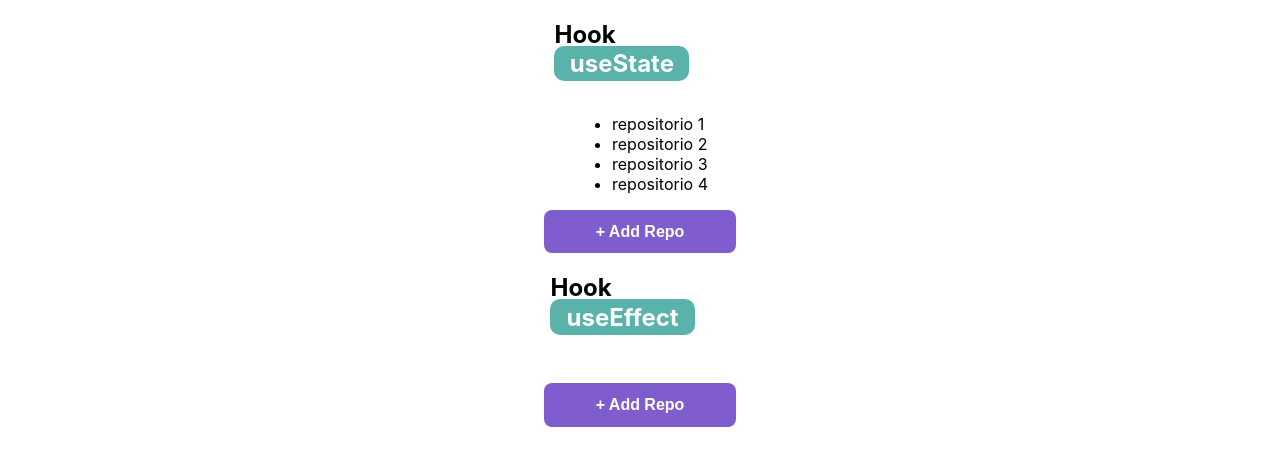
Repository: thiagolucio/react-hooks-use
Page: /
The author's editor kept a copy of each file at every save. The page is drawn from the files as they stood at one save, then again after the next save.
The browser window is 1280 px wide. The pictures show the whole page.
The project was rebuilt for these pictures with package versions that can differ from the ones it lists, and the page was loaded fresh each time.

Above is the page before, as saved 2022-03-08 22:42:04.

After the next save:
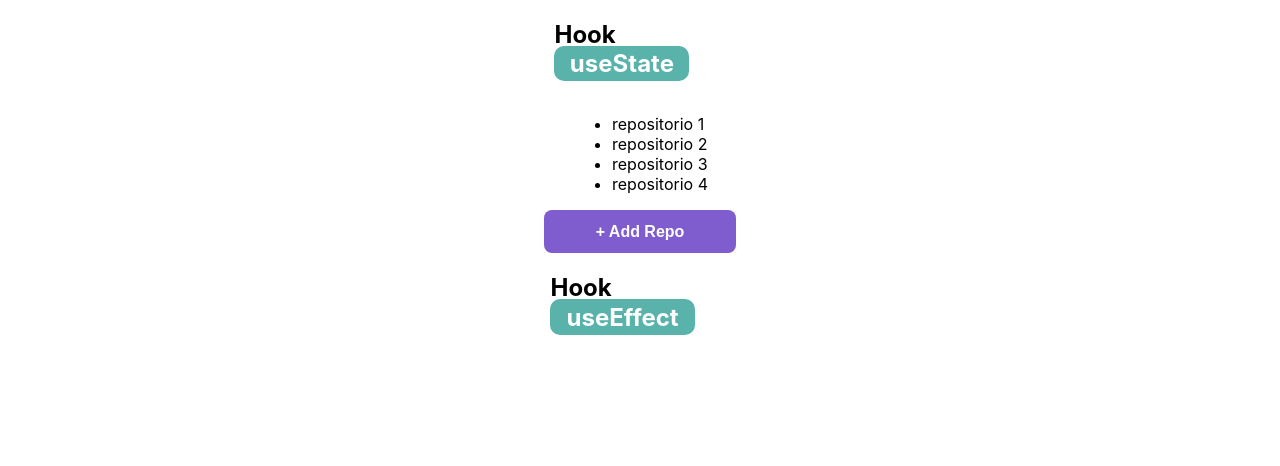
Saved 12 s later.
--- a/src/Components/UseEffectExample.js
+++ b/src/Components/UseEffectExample.js
@@ -17,7 +17,6 @@ function UseEffectExample() {
           <li key={repo.id}>{repo.name}</li>
         ))}
       </ul>
-      <button className="buttonApp" onClick={handleAddRepo}>+ Add Repo</button>
     </div>
   );
 }
